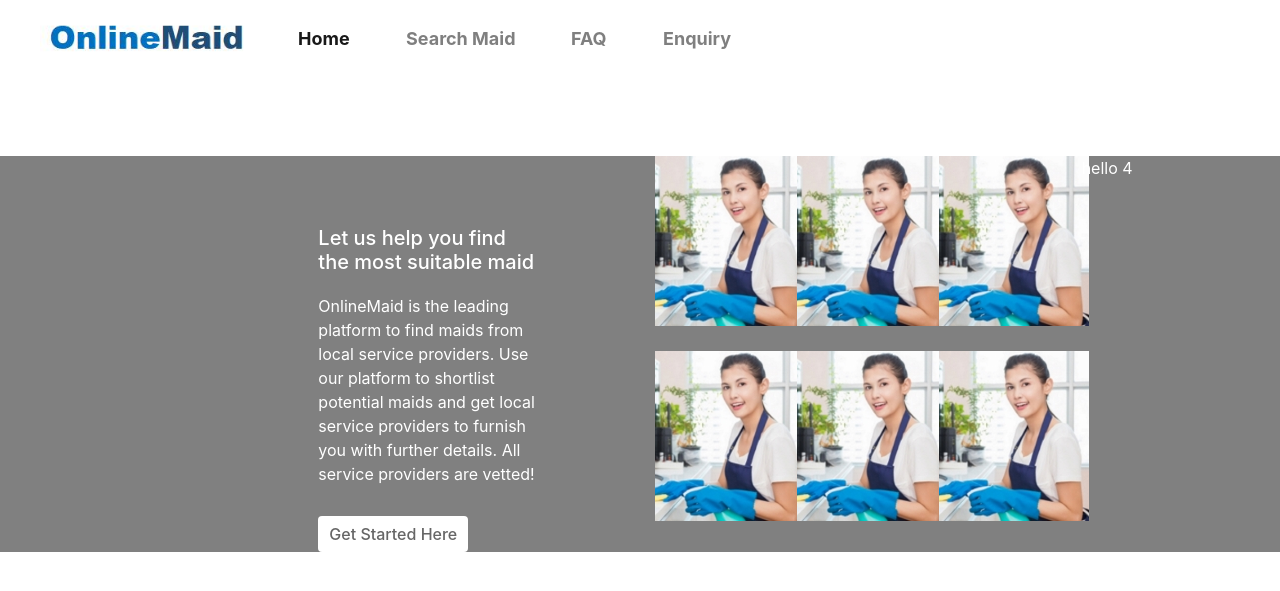
Repository: Code-Institute-Submissions/Project-1---Online-Maid
Page: testing.html
The author's editor kept a record of every edit. The page is drawn from the files as they stood at one moment, then again after the next edit.
The browser window is 1280 px wide. The pictures show the whole page.
Some web libraries are served in a nearby version.

Above is the page before.

### testing.html
<!DOCTYPE html>
<html lang="en">
<head>
    <meta charset="UTF-8">
    <meta name="viewport" content="width=device-width, initial-scale=1.0">
    <meta http-equiv="X-UA-Compatible" content="ie=edge">
    <link rel="stylesheet" href="https://stackpath.bootstrapcdn.com/bootstrap/4.3.1/css/bootstrap.min.css" type="text/css" />
    <link rel="stylesheet" href="https://stackpath.bootstrapcdn.com/font-awesome/4.7.0/css/font-awesome.min.css" type="text/css" />
    <link rel="stylesheet" href="https://cdnjs.cloudflare.com/ajax/libs/hover.css/2.1.1/css/hover-min.css" type="text/css" />
    <link rel="stylesheet" href="style.css" type="text/css" />
    <title>Online Maid</title>
</head>

<body>

<header>
  <nav class="navbar navbar-expand-lg navbar-light">
  <a class="navbar-brand" href="#"><img id="logo" class="pl-4 img-fluid d-md-block" src="images/logo.jpg" alt=""></a>
  <button class="navbar-toggler" type="button" data-toggle="collapse" data-target="#navbarSupportedContent" aria-controls="navbarSupportedContent" aria-expanded="false" aria-label="Toggle navigation">
    <span class="navbar-toggler-icon"></span>
  </button>

  <div class="collapse navbar-collapse" id="navbarSupportedContent">
    <ul class="navbar-nav mr-auto">
      <li class="nav-item active hvr-sweep-to-bottom">
        <a class="nav-link" href="index.html">Home</a>
      </li>
      <li class="nav-item hvr-sweep-to-bottom">
        <a class="nav-link" href="search.html">Search Maid</a>
      </li>
      <li class="nav-item hvr-sweep-to-bottom">
        <a class="nav-link" href="faq.html">FAQ</a>
      </li>
      <li class="nav-item hvr-sweep-to-bottom">
        <a class="nav-link" href="enquiry.html">Enquiry</a>
      </li>
    </ul>
  </div>
</nav>
</header>


<div class="row enquiry-container">
  <div class="col-2 enquiry-box-1"></div>

  <div class="col-4 enquiry-box-2">
      <h5 class ="enquiry-header">Let us help you find the most suitable maid</h5>
      <p class ="enquiry-content">OnlineMaid is the leading platform to find maids from local service providers.  Use our platform to shortlist potential maids and get local service providers to furnish you with further details. All service providers are vetted!</p>
      <button type="button" class="btn enquiry-btn">Get Started Here</button>
    </div>

  <div class="col-4 enquiry-box-3">
      <div class="row picture-container">

        <div class="col-4 picture-col-1">
          <img class="card-img-top-1" src="images/enquiry2a.jpg" alt="Card image cap">
          <img class="card-img-top-2" src="images/enquiry2a.jpg" alt="Card image cap">
        </div>

        <div class="col-4 picture-col-2">
          <img class="card-img-top-3" src="images/enquiry2a.jpg" alt="Card image cap">
          <img class="card-img-top-4" src="images/enquiry2a.jpg" alt="Card image cap">
        </div>

        <div class="col-4 picture-col-3">
          <img class="card-img-top-5" src="images/enquiry2a.jpg" alt="Card image cap">
          <img class="card-img-top-6" src="images/enquiry2a.jpg" alt="Card image cap">
        </div>
      </div>
  </div>

  <div class="col-2 enquiry-box">hello 4</div>

</div>


    <script src="https://code.jquery.com/jquery-3.3.1.slim.min.js" integrity="sha384-q8i/X+965DzO0rT7abK41JStQIAqVgRVzpbzo5smXKp4YfRvH+8abtTE1Pi6jizo" crossorigin="anonymous"></script>
    <script src="https://cdnjs.cloudflare.com/ajax/libs/popper.js/1.14.7/umd/popper.min.js" integrity="sha384-UO2eT0CpHqdSJQ6hJty5KVphtPhzWj9WO1clHTMGa3JDZwrnQq4sF86dIHNDz0W1" crossorigin="anonymous"></script>
    <script src="https://stackpath.bootstrapcdn.com/bootstrap/4.3.1/js/bootstrap.min.js" integrity="sha384-JjSmVgyd0p3pXB1rRibZUAYoIIy6OrQ6VrjIEaFf/nJGzIxFDsf4x0xIM+B07jRM" crossorigin="anonymous"></script>
</body>
</html>

### style.css
@import url('https://fonts.googleapis.com/css?family=Roboto:100,200,300,400,500,600,700|Exo:100,200,300,400,500,600,700');

/*overall*/
*{
    padding: 0;
    margin: 0;
    box-sizing: border-box;
}



/*header*/
#logo {
    height: 50px;
    max-width:100%;
}


.nav-item{
    padding: 0px 20px;
    color: blue;
    font-weight:700;
    font-size: 18px;
}



/*footer*/
.footer-style{
    background: #666666;
}


.page-footer, .social {
    color:white;
}


.list-unstyled a {
   text-decoration: none;
   color:white;
}


.list-unstyled a:hover {
   color:blue;
}



/*Section 1-Banner*/
.maids-portal {
   text-align: center;
    font-size: 44px;
    font-weight: 600;
}


.getStarted{
    text-align: center;
    font-size: 20px;
    font-weight: 600
}


.jumbotron {
    background-image: url("images/banner.jpg");
    background-size: cover;
    color: white;
    padding : 120px 0px;
    margin-bottom: 80px;
     }


.form-row {
    padding: 50px 0px 0px 0px;
}


.form-control {
    font-weight: 500;
    color: #808080;
}


.btn {
    background-color: grey;
    font-weight: 500;
    color: white;
}



/*section 2 - 4 Steps*/
.section-header {
    text-align: center;
    margin: 40px 0px 0px 0px ;
    line-height: 25px;
    color: #4d4d4d;
    font-weight: 700;
}


.steps-line{
    text-align: center;
    margin: 20px;
    line-height: 25px;
    color: #4d4d4d;
    font-weight: 400;
    font-size: 18px;
}


.four-steps-container {
    margin: 50px 200px 80px 200px;
}


.steps-box {
    background-color: orange;
    text-align: center;
    color: white;
    font-weight: 500
}


.i{
    font-size: 100px;
}



/*index.html section 3*/
.six-choices {
   margin: 30px 20px 30px 20px;
}



/*section 3- preference*/
.maid-experience {
    color: #4d4d4d;
}



/*section 4 - enquiry-box*/
.enquiry-container {
    min-height: 350px;
    background-color: #808080;
    color: white;
    margin: 80px 0px 0px;
    padding: 0px;
}


.enquiry-header {
    margin: 70px 90px 20px ;
}


.enquiry-content {
 font-size: 16px;
 margin: 0 90px 10px;
}


.enquiry-btn{
    color: #666666;
    background: white;
    padding: 5px 10px;
    margin: 20px 90px 0px;
}


.card-img-top-1 {
    padding: 0px;
    margin: 0px 0px 25px 0px;
    border: none;
}


.card-img-top-3 {
    padding: 0px;
    margin: 0px 0px 25px 0px;
    border: none;
}


.card-img-top-5 {
    padding: 0px;
    margin: 0px 0px 25px 0px;
    border: none;
}


.card-img-top-6 {
    padding: 0px;
    margin: 0px 0px 25px 0px;
    border: none;
}

After the next edit:
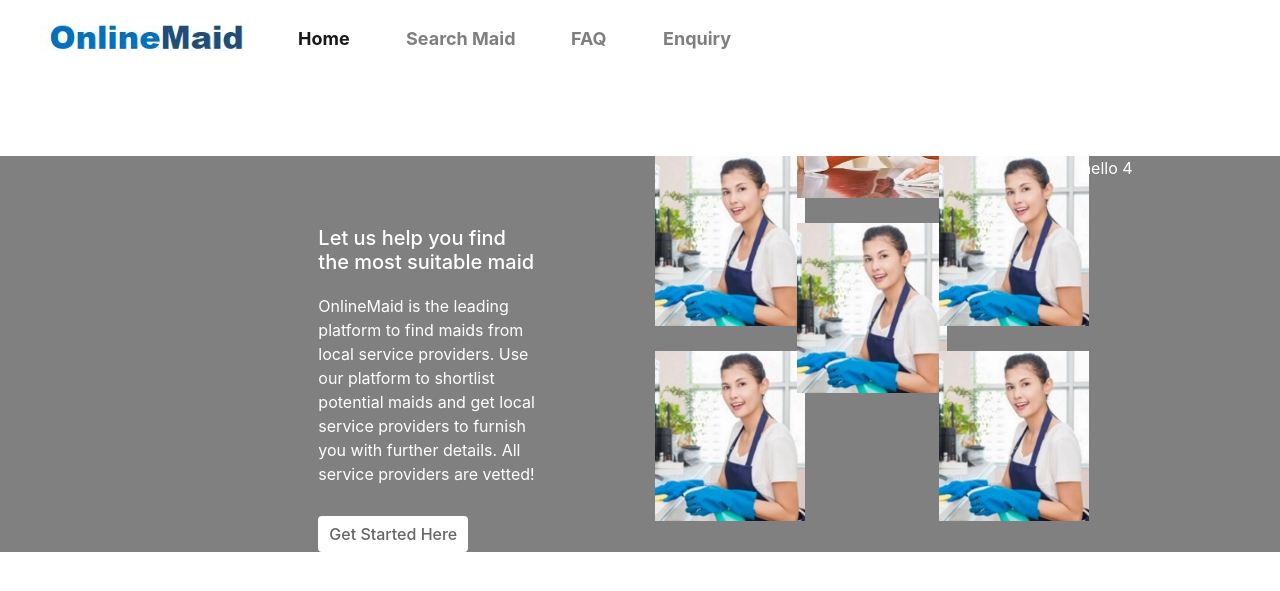
The edit:
--- a/testing.html
+++ b/testing.html
@@ -58,7 +58,7 @@
         </div>
 
         <div class="col-4 picture-col-2">
-          <img class="card-img-top-3" src="images/enquiry2a.jpg" alt="Card image cap">
+          <img class="card-img-top-3" src="images/enquiry5a.jpg" alt="Card image cap">
           <img class="card-img-top-4" src="images/enquiry2a.jpg" alt="Card image cap">
         </div>
 
